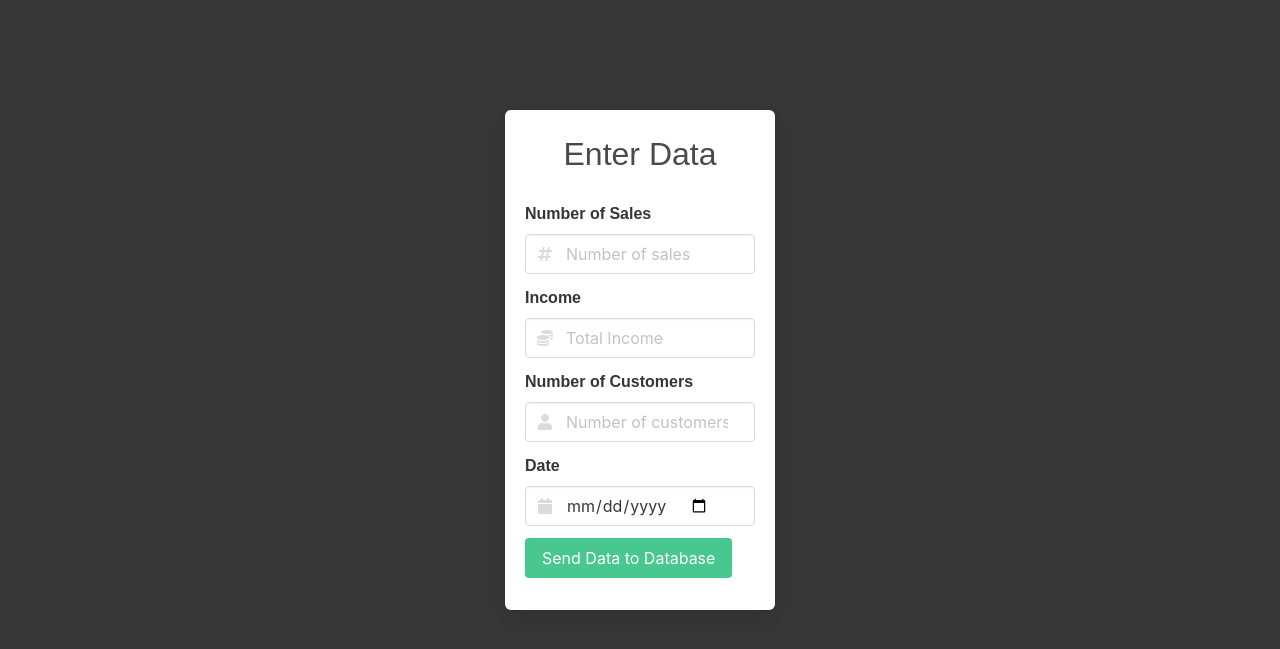
Repository: EmmanuelKeifala/Hackathon
Page: http://localhost/upload/
The author's editor kept a copy of each file at every save. The page is drawn from the files as they stood at one save, then again after the next save.
The browser window is 1280 px wide. The pictures show the whole page.
Some web fonts or font styles are not loaded; a fallback is used. Some web libraries are served in a nearby version. The page is served by the project's application, run on Django 3.2 (manage.py).

Above is the page before, as saved 2022-10-29 03:32:08.

After the next save:
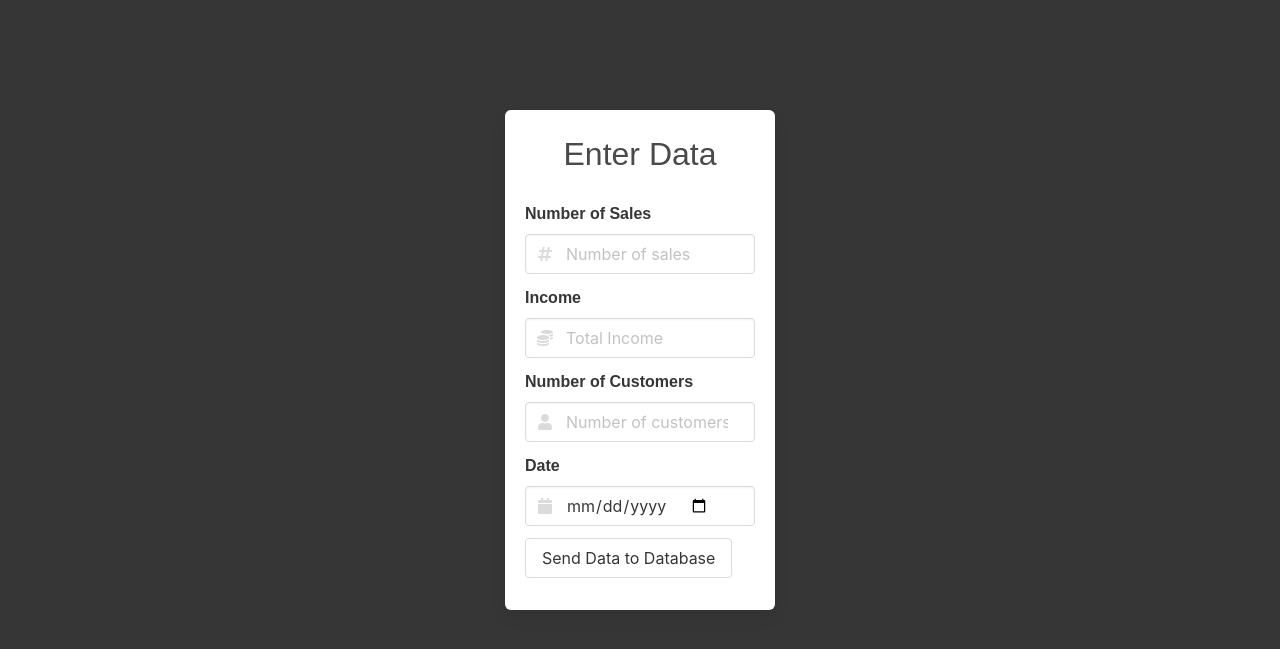
Saved 20 s later.
--- a/users/templates/users/upload.html
+++ b/users/templates/users/upload.html
@@ -128,7 +128,7 @@
                 <div class="field"></div>
 
                 <div class="field">
-                  <button class="button is-success" type="submit">
+                  <button class="button" type="submit">
                     Send Data to Database
                   </button>
                 </div>

After the 2 saves that followed:
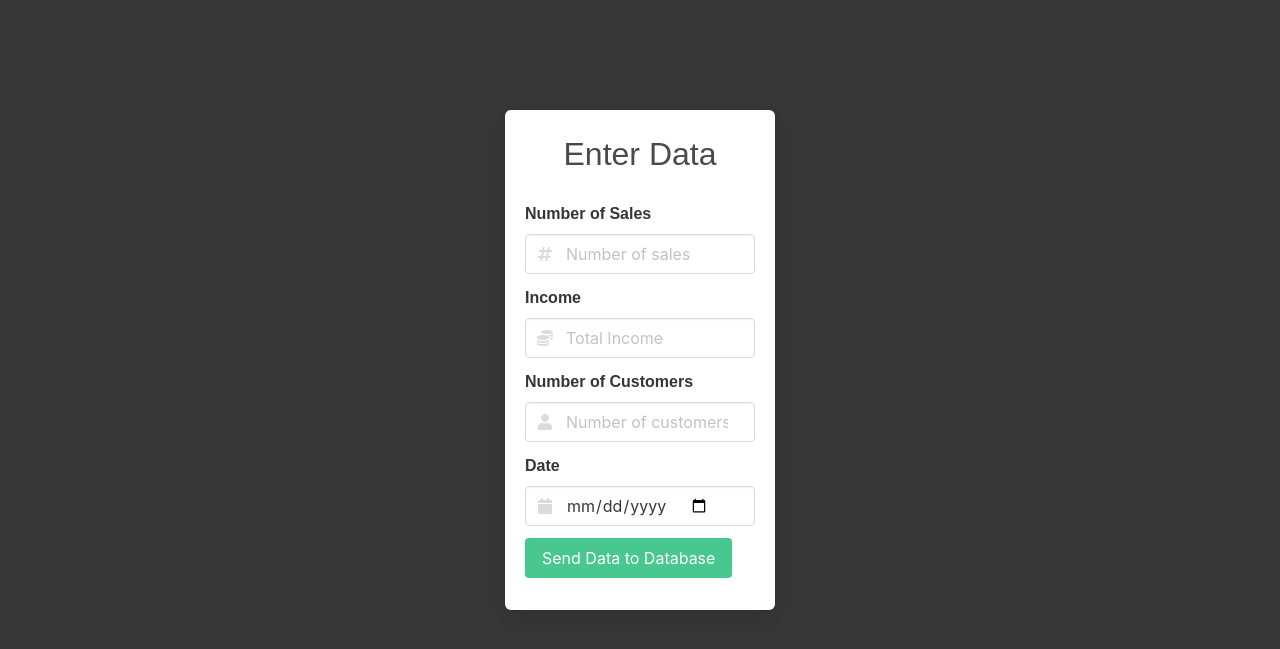
The 2 saves are shown as one change because 1 left the picture as it was.
The last was saved 110 s later.
--- a/users/templates/users/upload.html
+++ b/users/templates/users/upload.html
@@ -128,7 +128,7 @@
                 <div class="field"></div>
 
                 <div class="field">
-                  <button class="button" type="submit">
+                  <button class="button is-success" type="submit">
                     Send Data to Database
                   </button>
                 </div>
